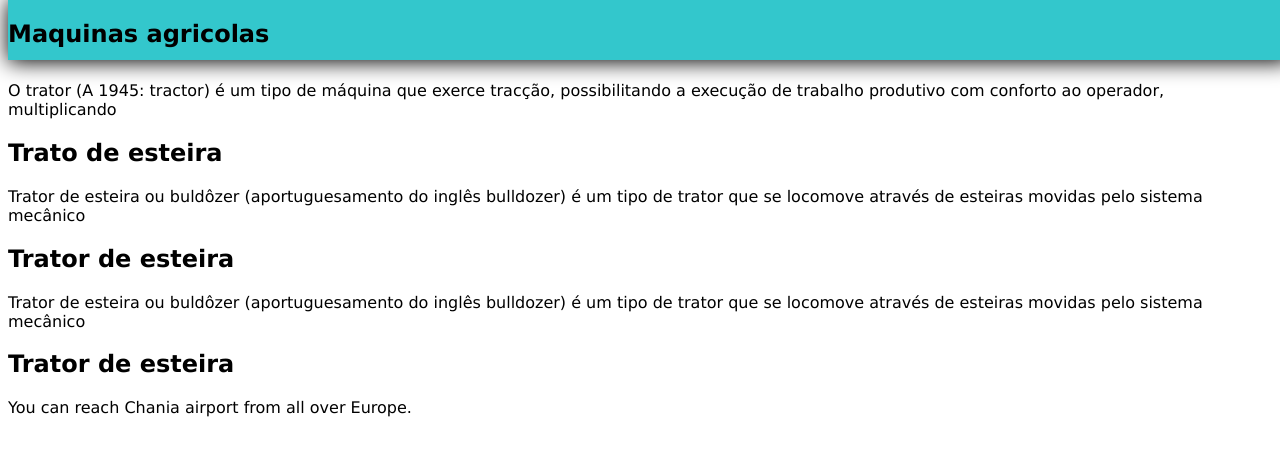
Repository: ecrseer/pesquisa-carros-html
Page: news.html
These files come from the project's save history. The page is drawn as it stood at one moment and after the next save; the edit follows.
The browser window is 1280 px wide. The pictures show the whole page.

Above is the page before, as saved 2022-01-21 16:26:27.

After the next save:
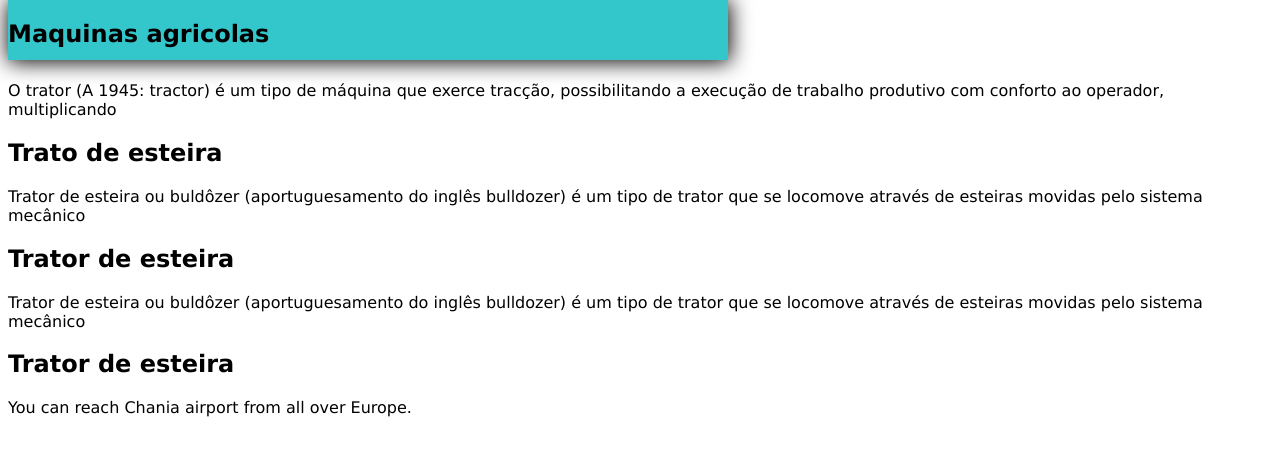
Saved 12 s later.
--- a/news.css
+++ b/news.css
@@ -10,7 +10,7 @@
     background-color: #33c7cc;
     position: fixed;
     top:0;
-    width: 100%;
+    width: 100vh;
     max-height: 60px;
     box-shadow: 1px 1px 3vh 1px;
   }
